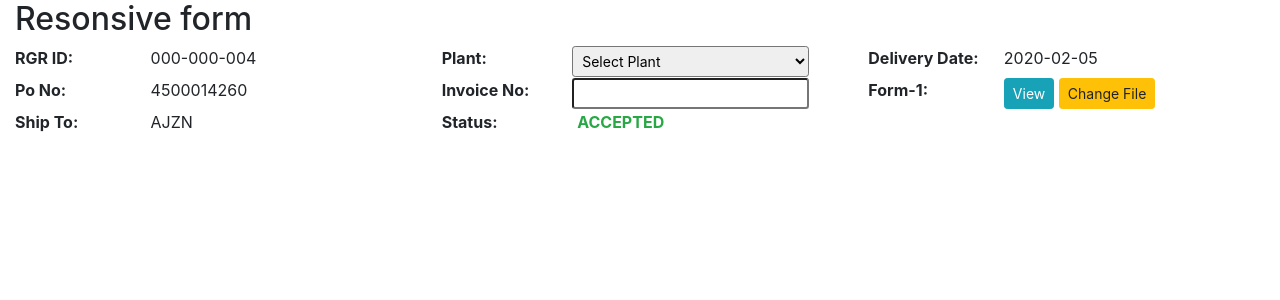
Repository: karthikairasu/Others_work
Page: form.html
An editor plug-in stored every save of this project. The page is shown before and after the next save, followed by the edit.
The browser window is 1280 px wide. The pictures show the whole page.

Above is the page before, as saved 2020-06-28 17:16:49.

After the next save:
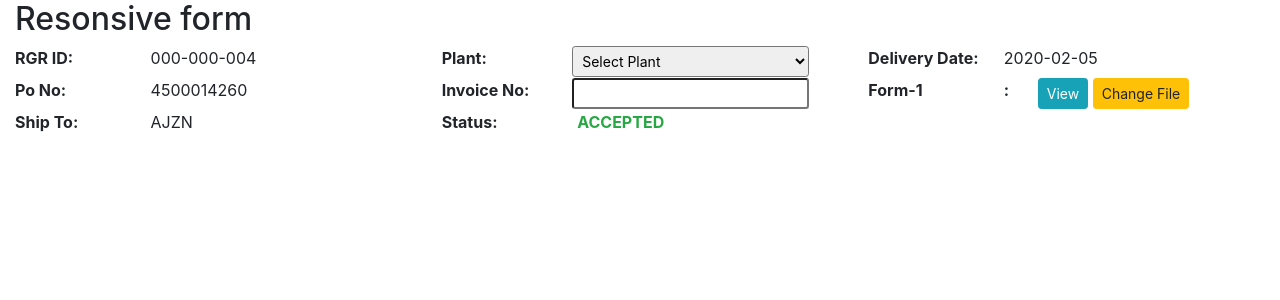
Saved 77 s later.
--- a/form.html
+++ b/form.html
@@ -72,7 +72,8 @@
               <label class="col-md-7" id="Delivery Date">2020-02-05 </label>
             </div>
             <div class="form-row">
-              <label class="col-md-4"><b>Form-1:</b></label>
+              <label class="col-md-4"><b>Form-1</b></label>
+              <label class="col-md-1"><b>:</b></label>
               <label class="col-md-7" id="form_1">
                 <button class="btn btn-info btn-sm">View</button>
                 <button class="btn btn-warning btn-sm">Change File</button>
